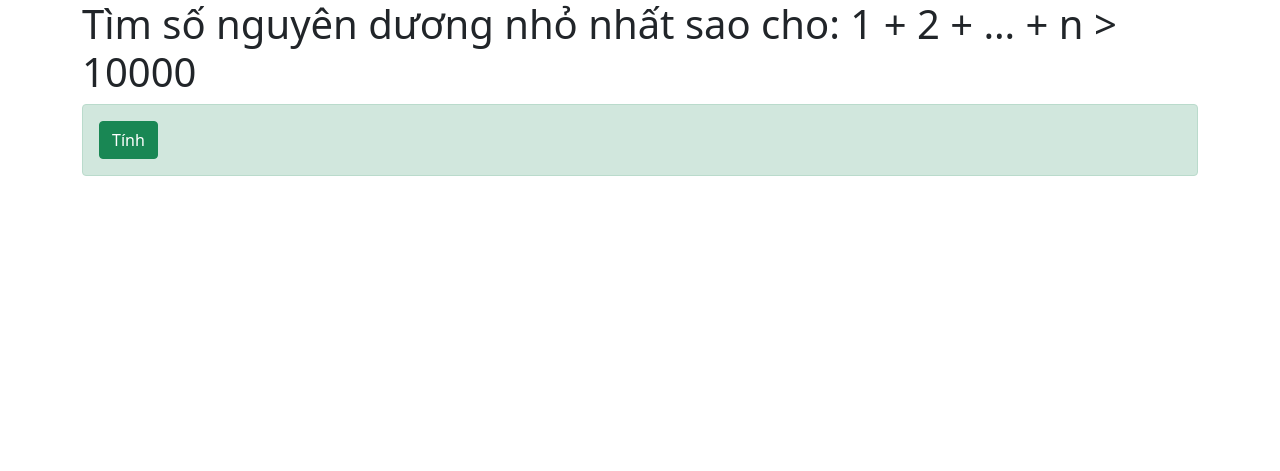
Repository: qkhanh1104k/Js-buoi6_vonglap
Page: index.html
These files come from the project's save history. The page is drawn as it stood at one moment and after the next save; the edit follows.
The browser window is 1280 px wide. The pictures show the whole page.

Above is the page before, as saved 2022-07-21 12:32:57.

### index.html
<!DOCTYPE html>
<html lang="en">
  <head>
    <meta charset="UTF-8" />
    <meta http-equiv="X-UA-Compatible" content="IE=edge" />
    <meta name="viewport" content="width=device-width, initial-scale=1.0" />
    <title>Document</title>
    <link
      href="https://cdn.jsdelivr.net/npm/bootstrap@5.1.3/dist/css/bootstrap.min.css"
      rel="stylesheet"
      integrity="sha384-1BmE4kWBq78iYhFldvKuhfTAU6auU8tT94WrHftjDbrCEXSU1oBoqyl2QvZ6jIW3"
      crossorigin="anonymous"
    />
  </head>
  <body>
    <div class="container">
      <h1>Tìm số nguyên dương nhỏ nhất sao cho: 1 + 2 + … + n > 10000</h1>
      <div>
        <div class="alert alert-success" id="resultBt1">
          <button class="btn btn-success" onclick="demoWhile()">Tính</button>
        </div>
      </div>
    </div>
    <script src="./index.js"></script>
  </body>
</html>

### index.js
function demoWhile() {
  var i = 0;
  var total = 0;
  do{
      i++
      total += i;
  }while( total < 10000);
//   while (total > 10000) {
//     i++;
//     total += i;
//   }
  document.getElementById("resultBt1").innerHTML = i;
}

After the next save:
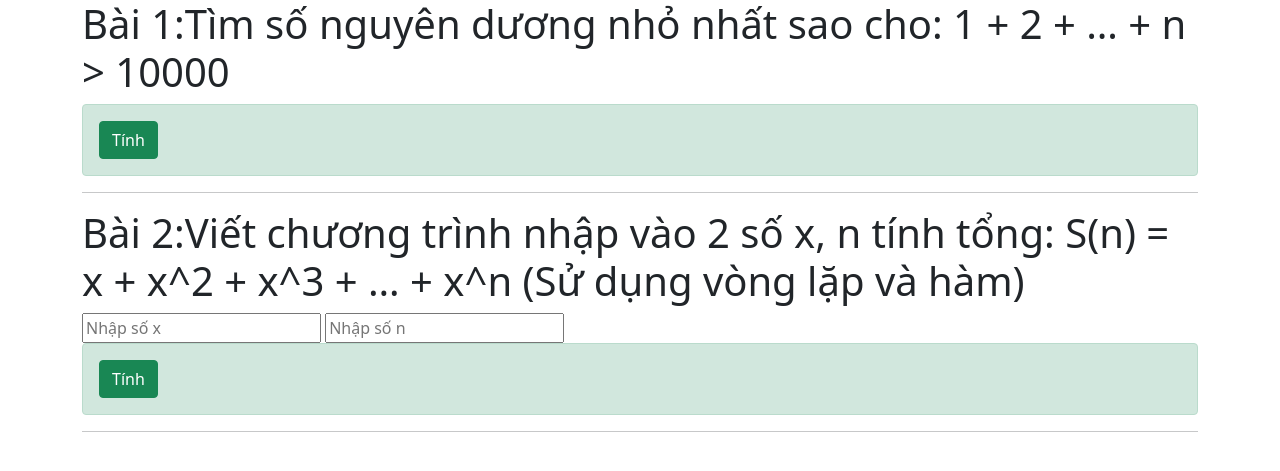
Saved 5 min 57 s later.
--- a/index.html
+++ b/index.html
@@ -14,12 +14,27 @@
   </head>
   <body>
     <div class="container">
-      <h1>Tìm số nguyên dương nhỏ nhất sao cho: 1 + 2 + … + n > 10000</h1>
+      <h1>Bài 1:Tìm số nguyên dương nhỏ nhất sao cho: 1 + 2 + … + n > 10000</h1>
       <div>
         <div class="alert alert-success" id="resultBt1">
           <button class="btn btn-success" onclick="demoWhile()">Tính</button>
         </div>
       </div>
+      <hr />
+      <h1>
+        Bài 2:Viết chương trình nhập vào 2 số x, n tính tổng: S(n) = x + x^2 +
+        x^3 + … + x^n (Sử dụng vòng lặp và hàm)
+      </h1>
+      <div>
+        <input type="text" id="txtNumBt21" placeholder="Nhập số x">
+        <input type="text" id="txtNumBt22" placeholder="Nhập số n">
+        <div>
+          <div class="alert alert-success" id="resultBt1">
+            <button class="btn btn-success" onclick="demoWhile()">Tính</button>
+          </div>
+        </div>
+      </div>
+      <hr />
     </div>
     <script src="./index.js"></script>
   </body>
